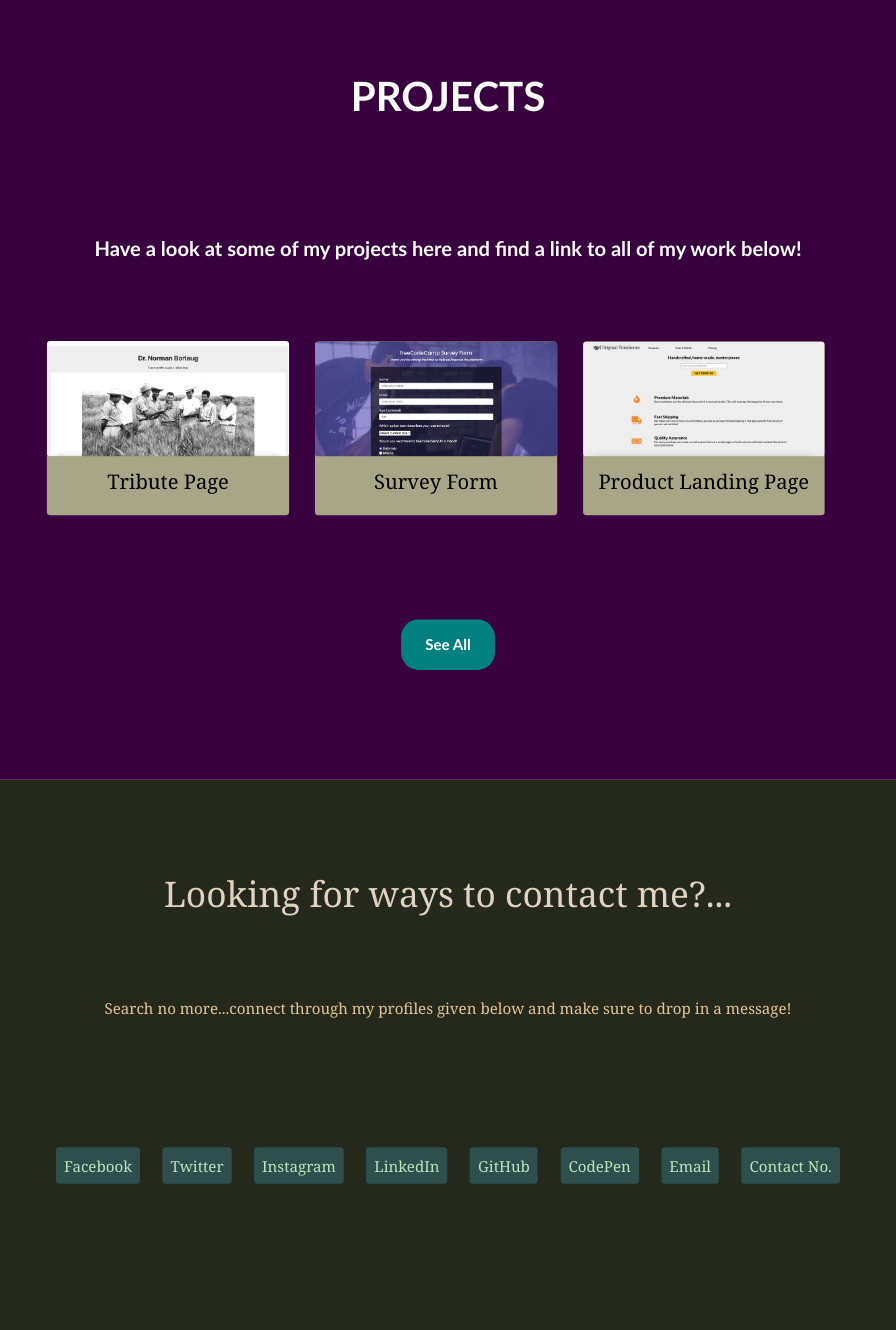
Repository: srush-shah/GRIP-Task3
Page: index.html
The author's editor kept a copy of each file at every save. The page is drawn from the files as they stood at one save, then again after the next save.
The browser window is 1280 px wide. The pictures show the part of the page from y = 720 to 2620 px (the page is 2794 px tall), at 70% of full size.

Above is the page before, as saved 2021-07-21 18:21:38.

After the next save:
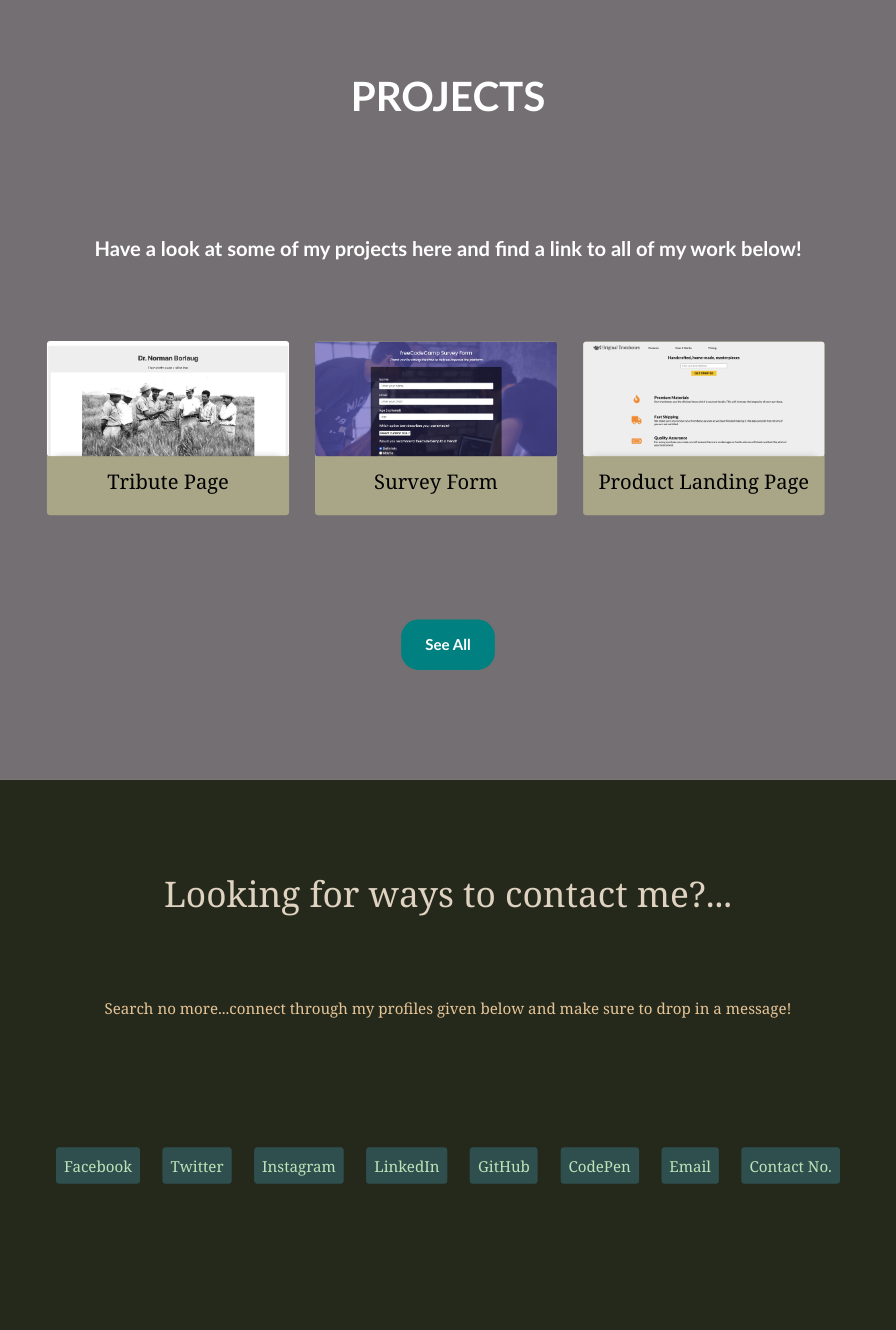
Saved 42 s later.
--- a/styles/style.css
+++ b/styles/style.css
@@ -234,7 +234,7 @@ Projects Section Styling
 */
 #projects {
   width: 100%;
-  background-color: #390040;
+  background-color: #746f72;
 }
 
 #projects h3,
